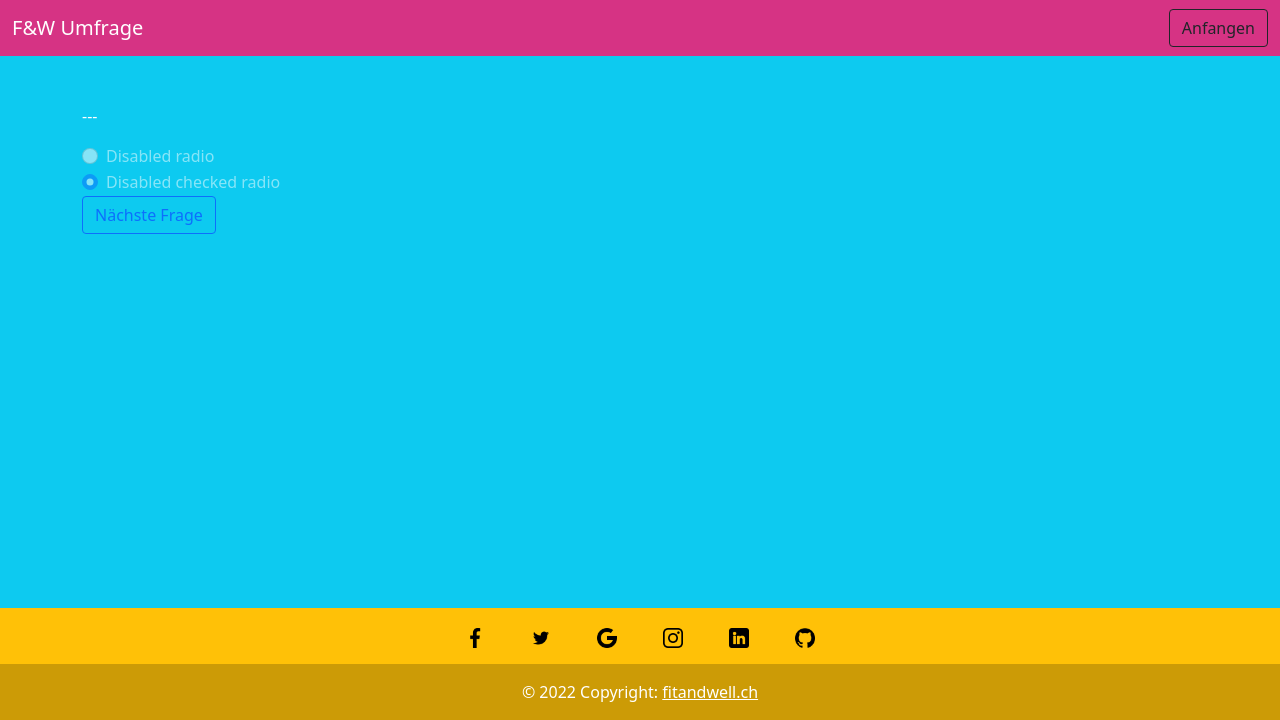
Repository: stephane71183101/Stephane-Personal-Health-Survey
Page: http://localhost/question-02.php
The author's editor kept a copy of each file at every save. The page is drawn from the files as they stood at one save, then again after the next save.
The browser window is 1280 px wide. The pictures show the whole page.
The page is run by PHP 8.4 with error messages shown; the project is at /var/www/html/.

Above is the page before, as saved 2022-03-17 14:33:51.
Console error: SyntaxError: Unexpected end of input

### question-02.php
<?php include 'includes/head.php'?>
<body class="bg-info">
<?php include 'includes/header.php'?>

<!-- Content -->

<div class="container-fluid pt-5 pb-3 text-white">
    <div  class="container">
        <p>---</p>
    </div>
    <div class="container">
        <form retunr="" method="post" onsubmit="return validateRadio('single-choice');">
            <div class="form-check">
                <input class="form-check-input" type="radio" name="flexRadioDisabled" id="flexRadioDisabled" disabled>
                <label class="form-check-label" for="flexRadioDisabled">Disabled radio</label>
            </div>
            <div class="form-check">
                <input class="form-check-input" type="radio" name="flexRadioDisabled" id="flexRadioCheckedDisabled" checked disabled>
                <label class="form-check-label" for="flexRadioCheckedDisabled">Disabled checked radio</label>
            </div>
            <button type="submit" class="btn btn-outline-primary">Nächste Frage</button>
        </form>
</div>

<!-- Content -->

<?php include 'includes/footer.php'?>
</body>
</html>

### includes/head.php
<!DOCTYPE html>
<html lang="en">
<head>
    <meta charset="UTF-8">
    <meta http-equiv="X-UA-Compatible" content="IE=edge">
    <meta name="viewport" content="width=device-width, initial-scale=1.0">
    <title>Document</title>
    <link href="https://cdn.jsdelivr.net/npm/bootstrap@5.1.3/dist/css/bootstrap.min.css" rel="stylesheet" integrity="sha384-1BmE4kWBq78iYhFldvKuhfTAU6auU8tT94WrHftjDbrCEXSU1oBoqyl2QvZ6jIW3" crossorigin="anonymous">
    <script src="https://cdn.jsdelivr.net/npm/bootstrap@5.1.3/dist/js/bootstrap.bundle.min.js" integrity="sha384-ka7Sk0Gln4gmtz2MlQnikT1wXgYsOg+OMhuP+IlRH9sENBO0LRn5q+8nbTov4+1p" crossorigin="anonymous"></script>
    <link rel="stylesheet" href="css/style.css">
</head>

### includes/header.php

<header>
<nav class="navbar navbar-expand-lg navbar-light" style="background-color:#d63384">
    <div class="container-fluid">
        <a class="navbar-brand text-white" href="#">F&W Umfrage</a>
    <div class="nav justify-content-end" id="navbarNav">
    <form class="d-flexme-2">
    <!--
    <button class="btn btn-outline-dark" type="submit">Vorige Seite</button>
    <button class="btn btn-outline-dark" type="submit">Nächste Seite</button>
    -->
    <?php

    include 'includes/nav-button-start.php'

    ?>

    </form>
</nav>
</header>

### includes/nav-button-start.php
<button class="btn btn-outline-dark" type="submit">Anfangen</button>

### includes/footer.php
<footer class="fixed-bottom">
        <div class="text-center text-white bg-warning">
        <!-- Grid container -->
        <div class="container pt-0">
            <!-- Section: Social media -->
            <section>
            <!-- Facebook -->
                <a class="btn btn-link btn-floating btn-lg text-dark m-1" href="#" role="button" data-mdb-ripple-color="dark"><img src="images/facebook.png" alt="Facebook-Logo" width="20"></a>
            <!-- Twitter -->
            <a class="btn btn-link btn-floating btn-lg text-dark m-1" href="#" role="button" data-mdb-ripple-color="dark"><img src="images/twitter.png" alt="Twitter-Logo" width="20"></a>
            <!-- Google -->
            <a class="btn btn-link btn-floating btn-lg text-dark m-1" href="#" role="button" data-mdb-ripple-color="dark"><img src="images/google.png" alt="Google-Logo" width="20"></a>
            <!-- Instagram -->
            <a class="btn btn-link btn-floating btn-lg text-dark m-1" href="#" role="button" data-mdb-ripple-color="dark"><img src="images/instagram.png" alt="Instagram-Logo" width="20"></a>
            <!-- Linkedin -->
            <a class="btn btn-link btn-floating btn-lg text-dark m-1" href="#" role="button" data-mdb-ripple-color="dark"><img src="images/linkedin.png" alt="LinkedIn-Logo" width="20"></a>
            <!-- GitHub -->
                <a class="btn btn-link btn-floating btn-lg text-dark m-1" href="#" role="button" data-mdb-ripple-color="dark"><img src="images/github.png" alt="GitHub-Logo" width="20"></a>
            </section>
            <!-- Section: Social media -->
        </div>
        <!-- Grid container -->
        <!-- Copyright -->
        <div class="text-center text-white p-3" style="background-color: rgba(0, 0, 0, 0.2);">
            © 2022 Copyright:
            <a class="text-white" href="#">fitandwell.ch</a>
        </div>
        <!-- Copyright -->
        </div>
    </footer>

    <script src="validation.js"></script>

### css/style.css
.containerIntro {
    height: 600px;
}

### javascript/validation.js
// Code vom 17.03.2022

function validateNumber () {
    // >input type="number" id="number-text"
    let value = getElementById("text-number").value;

    // Wenn keine Wert eingegeben wurde, dann soll der Submit gestopp werden.
    if (value == "") { // if (!vaule) {} wäre dasselbe - kürzer.
        setWarning("BitteGeben Sie eine Zahl an.");

        // Stopp: Es wurde kein Wert eingegeben.
        return false;
    }

    // Alles ok: gar ncihts zurückgeben oder return true;
}







function setWarning(text) {
    let warningElement = document.getElementById("validation.warning");
    warningElement.innerText = text;





// Code vom 16.03.2022
/*
function validateQuestionMinimal() {

    let inputElement = document.getElementById("text-input-field");
    let value = inputElement.value;

    setWarning(`Der gewählte Wert ist ${value}`);

    return false;
}

function sliderChanged() {
    let hiddenInputElement = document.getElementById("range-slider-changed");
    hiddenInputElement.value = 1;
}

function sliderHasChanged() {
    let hiddenInputElement = document.getElementById("range-slider-changed");

    if (hiddenInputElement.value == "1") return true;
    else return false;
}


function validateQuestion(inputID) {
    // Muss für verschiedene Type von Input-Feldern funktionieren.
    let inputElement = document.getElementById(inputID);

    if (inputElement.type === 'range') {
        // Prüfe, ob der Range-Slider verändert wurde.
        if (!sliderHasChanged()) {
            setWarning("Bitte verändere die Postion des Sliders.");
            return false;
        }
    }
    else {
    // Prüfe den 'generellen Fall für Textfelder etc.
    let value = inputElement.value;

    // Minimal: Prüfe, ob ein minimaler Wert gesetzt wurde.
    if (!value) {
        // Früher mit Alert ("Blablabla...");
        setWarning("Bitte gib einen Wert ein.");
        return false;
    }
}

    return false;
}



// Tools ----------------------------------

function setWarning(text) {
    let warningElement = document.getElementById("validation.warning");
    warningElement.innerText = text;
}

*/

After the next save:
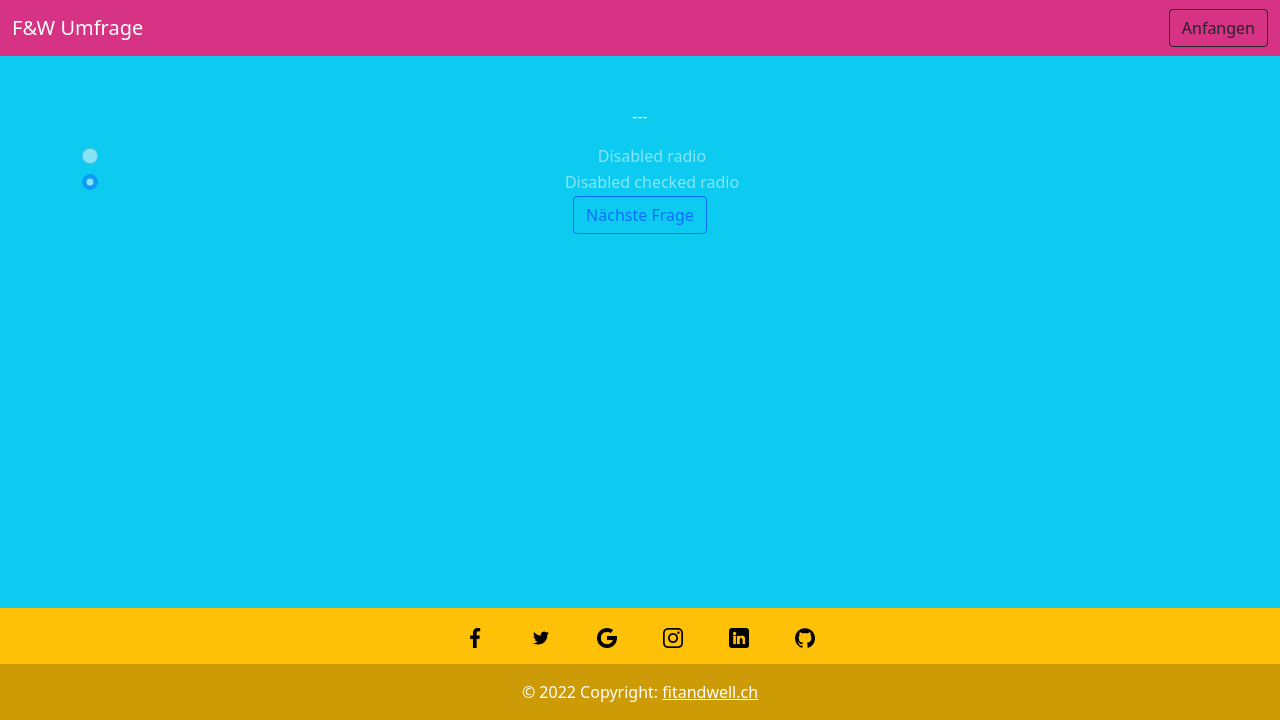
Saved 29 s later.
--- a/question-02.php
+++ b/question-02.php
@@ -3,8 +3,7 @@
 <?php include 'includes/header.php'?>
 
 <!-- Content -->
-
-<div class="container-fluid pt-5 pb-3 text-white">
+<div class="container-fluid pt-5 pb-3 text-center text-white">
     <div  class="container">
         <p>---</p>
     </div>
